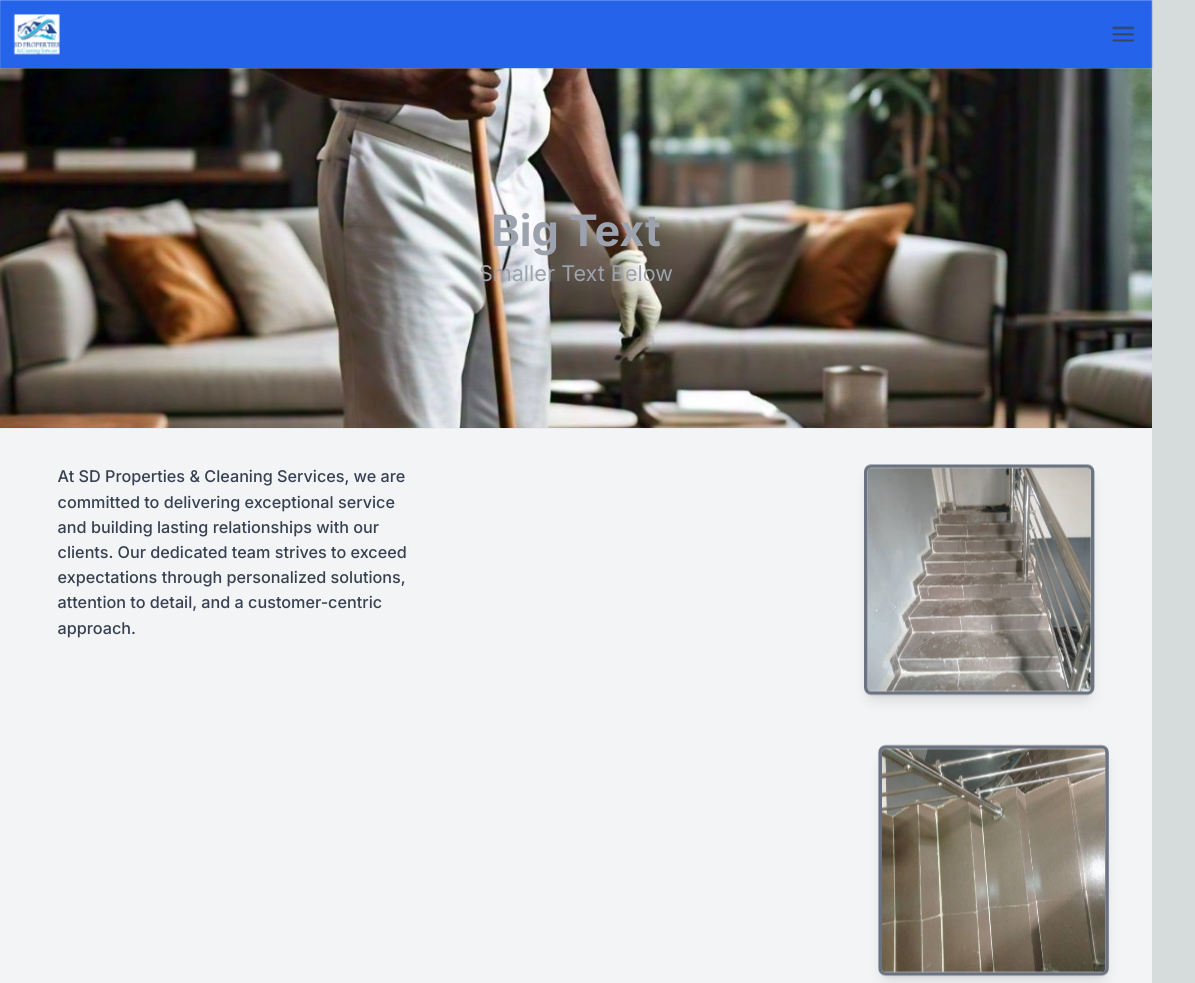
Repository: devmskhan/sdpropandclean
Page: /
These files come from the project's save history. The page is drawn as it stood at one moment and after the next save; the edit follows.
The browser window is 1280 px wide. The page is 1280 px wide, then 1328 px, so the pictures cover 1328 px, including what lies to the right of the window. The pictures show the whole page, at 90% of full size.
The project was rebuilt for these pictures with package versions that can differ from the ones it lists, and the page was loaded fresh each time. The framework's server and built-in components were replaced by stand-ins that run in the browser. Also part of the build but not shown: next.config.mjs.

Above is the page before, as saved 2024-09-03 12:25:47.

After the next save:
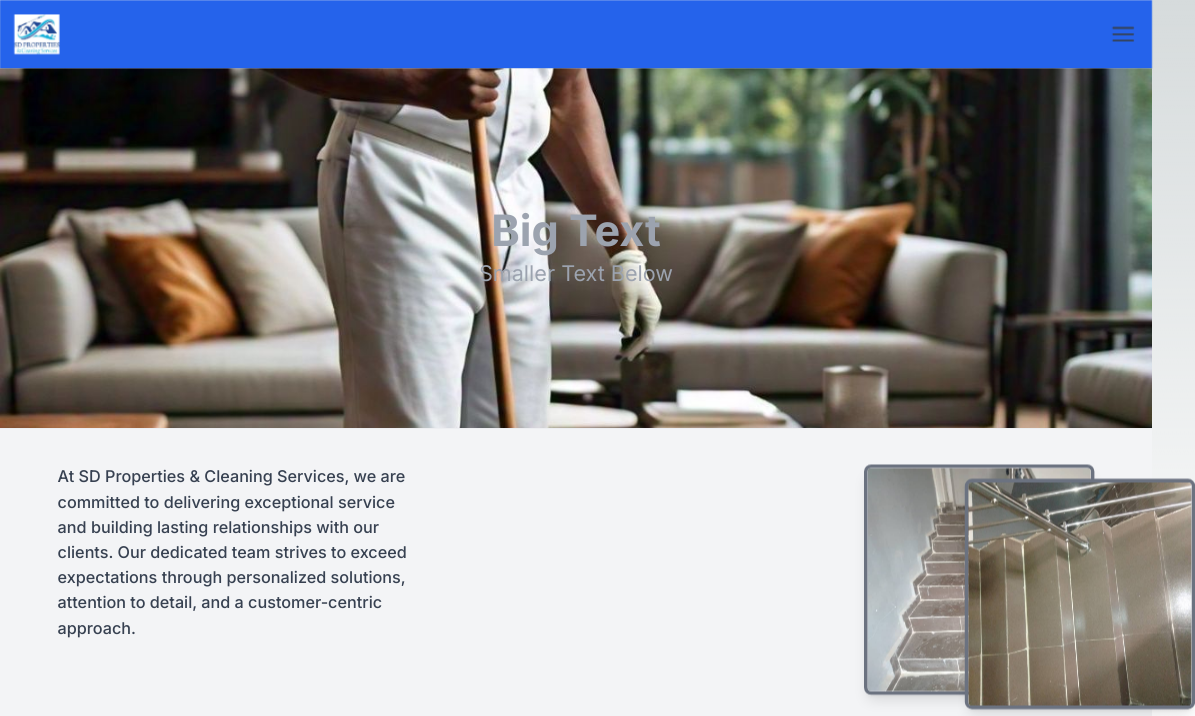
Saved 23 s later.
--- a/components/Body.tsx
+++ b/components/Body.tsx
@@ -30,7 +30,7 @@ function Body() {
   </div>
   <div className="relative mt-4 mr-10">
   <img src="stairsb.jpg" alt="Top Image" className="w-64 h-64 rounded-lg shadow-lg border-gray-500 border-solid border-4" />
-  <img src="stairsaft.jpg" alt="Bottom Image" className="mt-10 ml-24absolute bottom-0 left-0 w-64 h-64 rounded-lg shadow-lg transform translate-x-4 translate-y-4 border-gray-500 border-solid border-4" />
+  <img src="stairsaft.jpg" alt="Bottom Image" className="mt-10 ml-24 absolute bottom-0 left-0 w-64 h-64 rounded-lg shadow-lg transform translate-x-4 translate-y-4 border-gray-500 border-solid border-4" />
   </div>
 </div>
 
